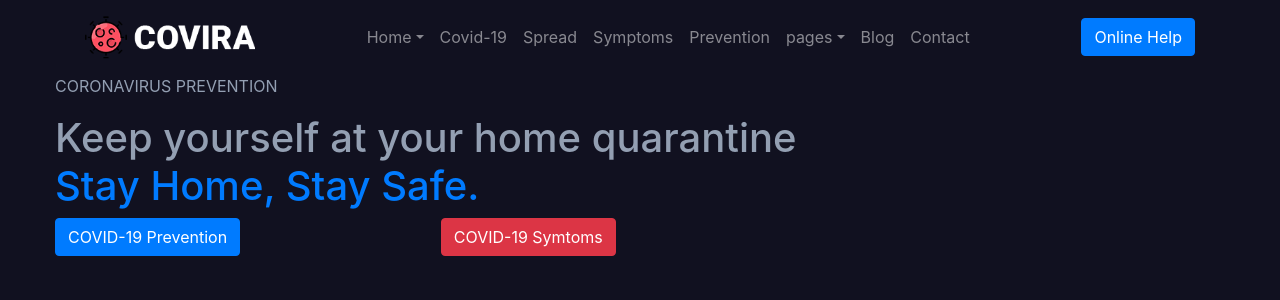
Repository: sitikhusushan/corona_updates
Page: index.html
The author's editor kept a copy of each file at every save. The page is drawn from the files as they stood at one save, then again after the next save.
The browser window is 1280 px wide. The pictures show the whole page.

Above is the page before, as saved 2020-06-04 15:25:22.

After the next save:
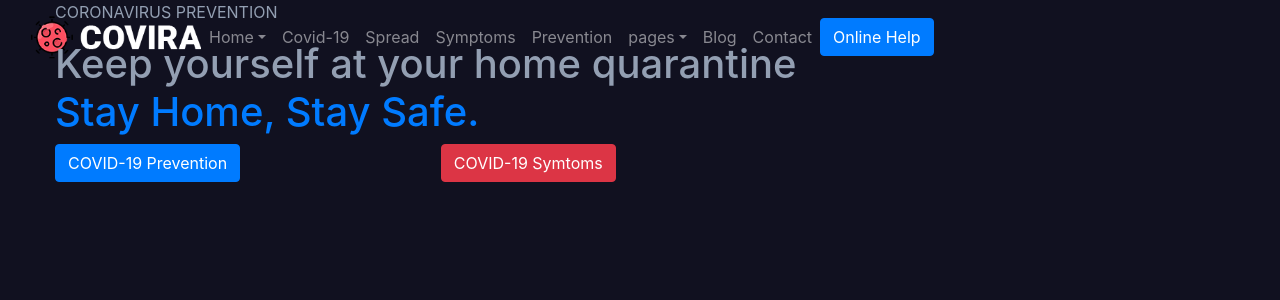
Saved 3 min 4 s later.
--- a/style.css
+++ b/style.css
@@ -5,6 +5,12 @@
 
 nav .container .logo img {
   max-width: 170px;
+}
+
+header {
+  position: fixed;
+  top: 0;
+  left: 0;
 }
 
 .prevention {

After the save that followed:
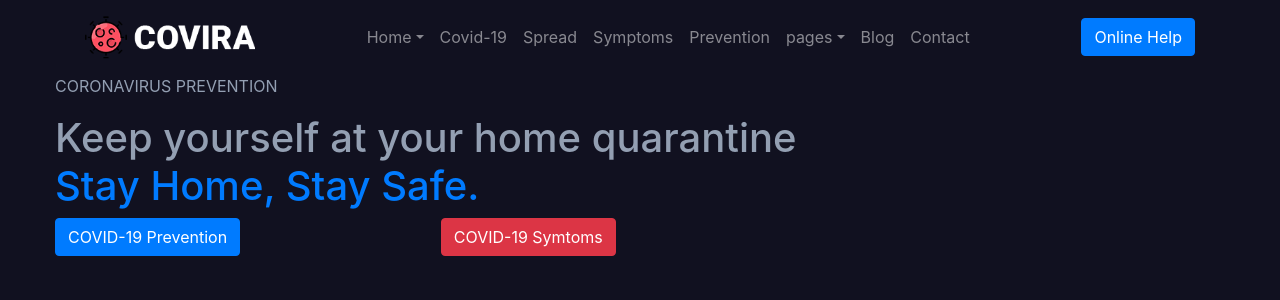
Saved 53 s later.
--- a/style.css
+++ b/style.css
@@ -7,7 +7,7 @@
   max-width: 170px;
 }
 
-header {
+nav {
   position: fixed;
   top: 0;
   left: 0;
